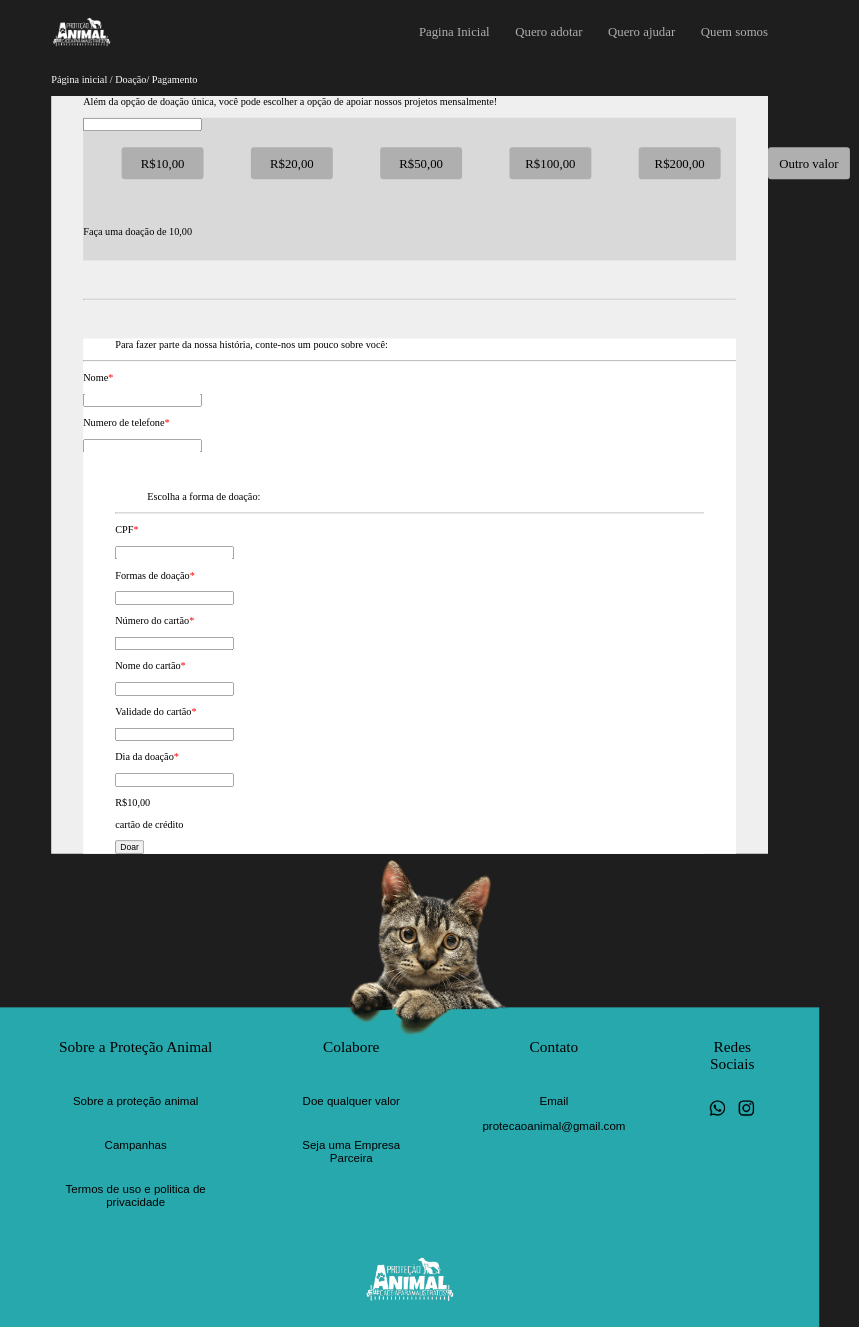
Repository: edjunior-nascimento/protecao-animal-web
Page: src/pages/formulario-doacao/index.html
These files come from the project's save history. The page is drawn as it stood at one moment and after the next save; the edit follows.
The browser window is 1280 px wide. The page is 1342 px wide, so the pictures cover 1342 px, including what lies to the right of the window. The pictures show the whole page, at 64% of full size.

Above is the page before, as saved 2025-03-07 03:24:23.

### src/pages/formulario-doacao/index.html
<!DOCTYPE html>
<html lang="pt">

<head>
    <meta charset="UTF-8">
    <meta name="viewport" content="width=device-width, initial-scale=1.0">
    <title>Proteção Animal</title>
    <link rel="preconnect" href="https://fonts.googleapis.com" />
    <link rel="preconnect" href="https://fonts.gstatic.com" crossorigin />
    <meta name="viewport" content="width=device-width, initial-scale=1.0" />
    <link rel="stylesheet" href="./style.css" />
    <link>
</head>

<body>
    <header>
        <div><img class="logo" src="/src/pages/images/logo.png" alt="logo Protecao animal" /></div>
        <nav>
            <ul>
                <li>
                    <a href="#">
                        <p>Pagina Inicial</p>
                    </a>
                </li>
                <li>
                    <a href="#">
                        <p>Quero adotar</p>
                    </a>
                </li>
                <li>
                    <a href="#">
                        <p>Quero ajudar</p>
                    </a>
                </li>
                <li>
                    <a href="#">
                        <p>Quem somos</p>
                    </a>
                </li>
            </ul>
        </nav>
    </header>
    <main>
        <div class="title">
            <p>Página inicial / Doação/ Pagamento</p>
        </div>
        <div class="container">
            <div class="sub-title">
                <p>Além da opção de doação única, você pode escolher a opção de apoiar nossos projetos mensalmente!
                </p>
            </div>
            <div class="valor">
                <div class="cota">
                    <input type="text">
                </div>
                <nav class="cota-inicial">
                    <ul>
                        <li>
                            <a href="#">R$10,00</a>
                        </li>
                        <li>
                            <a href="#">R$20,00</a>
                        </li>
                        <li>
                            <a href="#">R$50,00</a>
                        </li>
                        <li>
                            <a href="#">R$100,00</a>
                        </li>
                        <li>
                            <a href="#">R$200,00</a>
                        </li>
                        <li>
                            <a href="#">Outro valor</a>
                        </li>
                    </ul>
                </nav>
                <div class="res"><span>Faça uma doação de 10,00</span>
                </div>
            </div>
            <hr class="pri-line">
            <div class="card">
                <div class="sub-title">
                    <p>Para fazer parte da nossa história, conte-nos um pouco sobre você:</p>
                </div>
                <hr>
                <div class="dados">
                    <form action="/send" method="post" target="_blank">
                        <label class="cad">
                            <p>Nome<span class="ast">*</span></p>
                            <input type="text" name="Nome" id="Nome*">
                        </label>
                        <label>
                            <p>Numero de telefone<span class="ast">*</span></p>
                            <input type="text" name="telefone" id="telefone">
                        </label>
                    </form>
                </div>
                <div class="card">
                    <div class="sub-title">
                        <p>Escolha a forma de doação:</p>
                    </div>
                    <hr>
                    <form action="/send" method="post" target="_blank">
                        <label>
                            <p>CPF<span class="ast">*</span></p>
                            <input type="number" name="cpf" id="cpf">
                        </label>
                        <label>
                            <p>Formas de doação<span class="ast">*</span></p>
                            <input type="text" name="forme-doacao" id="forme-doacao"></p>
                        </label>
                        <label>
                            <p>Número do cartão<span class="ast">*</span></p>
                            <input type="number" name="cartao" id="cartao">
                        </label>
                        <label>
                            <p>Nome do cartão<span class="ast">*</span></p>
                            <input type="text" name="nome-cartao" id="nome-cartao">
                        </label>
                        <label>
                            <p>Validade do cartão<span class="ast">*</span></p>
                            <input type="text" name="" id="">
                        </label>
                        <label>
                            <p>Dia da doação<span class="ast">*</span></p>
                            <input type="number" name="data" id="data">
                        </label>
                    </form>
                    <div class="resultado">
                        <div class="retorno">
                            <div class="res/doacao">
                                <p>R$10,00</p>
                            </div>
                            <div class="forma/pagamento">
                                <p>cartão de crédito</p>
                            </div>
                        </div>
                        <button>Doar</button>
                    </div>
                </div>
            </div>
        </div>
    </main>
    <div class="gato"><img src="/src/pages/images/gato.png" alt=""></div>
    <footer>
        <div class="footer-container">
            <div class="footer-primary">
                <div class="footer-section-1">
                    <div>
                        <h4>Sobre a Proteção Animal</h4>
                    </div>
                    <div>
                        <p><a href="">Sobre a proteção animal</a></p>
                    </div>
                    <div>
                        <p><a href="">Campanhas</a></p>
                    </div>
                    <div>
                        <p><a href="">Termos de uso e politica de privacidade</a></p>
                    </div>
                </div>
                <div class="footer-section-2">
                    <div>
                        <h4>Colabore</h4>
                    </div>
                    <div>
                        <p><a href="">Doe qualquer valor</a></p>
                    </div>
                    <div>
                        <p><a href="">Seja uma Empresa Parceira</a></p>
                    </div>
                </div>
                <div class="footer-section-3">
                    <div>
                        <h4>Contato</h4>
                    </div>
                    <div>
                        <p>Email</p>
                        <p><a href="mailto:protecaoanimal@gmail.com">protecaoanimal@gmail.com</a></p>
                    </div>
                </div>
                <div class="footer-section-4">
                    <div>
                        <h4>Redes Sociais</h4>
                    </div>
                    <div class="social-icons">
                        <div>
                            <a href=""><img src="/src/pages/images/whatsAppIcon.png" alt="" /></a>
                        </div>
                        <div>
                            <a href=""><img src="/src/pages/images/instagramIcon.png" alt="" /></a>
                        </div>
                    </div>
                </div>
            </div>
        </div>
        <div class="footer-secondary">
            <img src="/src/pages/images/logo.png" alt="" />
        </div>
    </footer>
</body>

</html>

### src/pages/formulario-doacao/style.css
:root {
    --main-bg-color: #1e1e1e;
    --title-color: #27a8ad;
    --subtitle-color: #ffffff;
    --box-color: #ffffff;
    --link-nav-color: #ffffff;
    --card-title-color: #27a8ad;
    --footer-background: #27a8ad;
    --footer-font-color: #000000;
    --maim-color: #EFEFEF;
    --card-nav-color:#D9D9D9;
    --nav-valor:#B0AFAF;
    --asterisco-color: red;
  }
  body {
    height: max-content;
    font-family: "Jockey One", serif;
    font-style: normal;
    margin: 0px;
    padding: 0px;
    background-color: var(--main-bg-color);
  }

  a {
    text-decoration: none;
  }

  header {
    height: 100px;
    display: flex;
    flex-direction: row;
    justify-content: space-between;
    padding-inline: 80px
  }
  header div {
    display: flex;
    align-items: center;
  }
  .logo {
    height: 95px;
    width: auto;
  }
  nav {
    width: auto;
    height: 100px;
    display: flex;
    align-items: center;
  }
  nav ul {
    list-style-type: none;
    display: flex;
    gap: 40px;
  }
  nav ul li a {
    color: var(--nav-valor);
    font-size: 20px;
    background-color: var(--card-nav-color);
  }


main {
  background-color:var(--main-bg-color) ;
  padding-left: 80px;
  padding-right: 80px;
}
  .sub-title {
    margin-left: 50px;
  }
.cota-inicial a {
  color: var(--footer-font-color);
  width: 128px;
  height: 50px;
  display: inline-block;
  text-align: center;
  line-height: 50px;
  background-color: var(--nav-valor);
  margin-left: 20px;
  border-radius: 5px;
}
.cota-inicial li {
  height: 50px;
  width: 162px;
}
.cota-inicial li :hover {
  background-color: var(--footer-background);
  color: var(--box-color);
}
.res {
  margin-top: 48px;
  padding-bottom: 36px;
}
  .pri-line {
    margin-top: 60px;
    margin-left: 50px;
    margin-right: 50px;
  }
  .card {
    margin-top: 60px;
    margin-left: 50px;
    margin-right: 50px;
  }
  .ast {
    color: var(--asterisco-color);
  }
.container {
  background-color: var(--maim-color);
}
.title {
  color: var(--subtitle-color);
}
.valor {
  margin-left: 50px;
  margin-right: 50px;
  background-color: var(--card-nav-color);
}
.valor nav {
  width: 100%;
}
.card {
  background-color: var(--box-color);
}




  .gato {
    margin-left: 42%;
    margin-bottom: -25px;
    height: 265px;
    max-width: auto;}

  footer {
    height: 500px;
    max-height: auto;
    background-color: var(--footer-background);
    padding-inline: 80px;
  }

  .footer-container {
      width: auto;
      height: 70%;
      display: flex;
      align-items: center;
      justify-content: center;
  }

  .footer-primary {
    display: flex;
    flex-direction: row;
    gap: 111px;
    align-items: flex-start;
    justify-content: center;
  }

  .footer-primary p a {
      color: var(--footer-font-color);
      font-family: "Arial", sans-serif;
  }

  .footer-primary h4 {
    font-size: 24px;
    font-weight: 400;
  }

  .footer-primary p {
      font-size: 18px;
      font-weight: 400;
      font-family: "Arial", sans-serif;
  }

  .footer-secondary {
    width: auto;
    height: 30%;
    display: flex;
    align-items: center;
    justify-content: center;
  }

  .footer-secondary img {
      height: 145px;
      width: auto
  }

  .footer-section-1, .footer-section-2, .footer-section-3, .footer-section-4 {
      display: flex;
      flex-direction: column;
      text-align: center;
      gap: 12px;
  }

  .footer-section-4 {
      align-items: center;
  }

  .social-icons {
      display: flex;
      flex-direction: row;
      gap: 20px;
  }

After the next save:
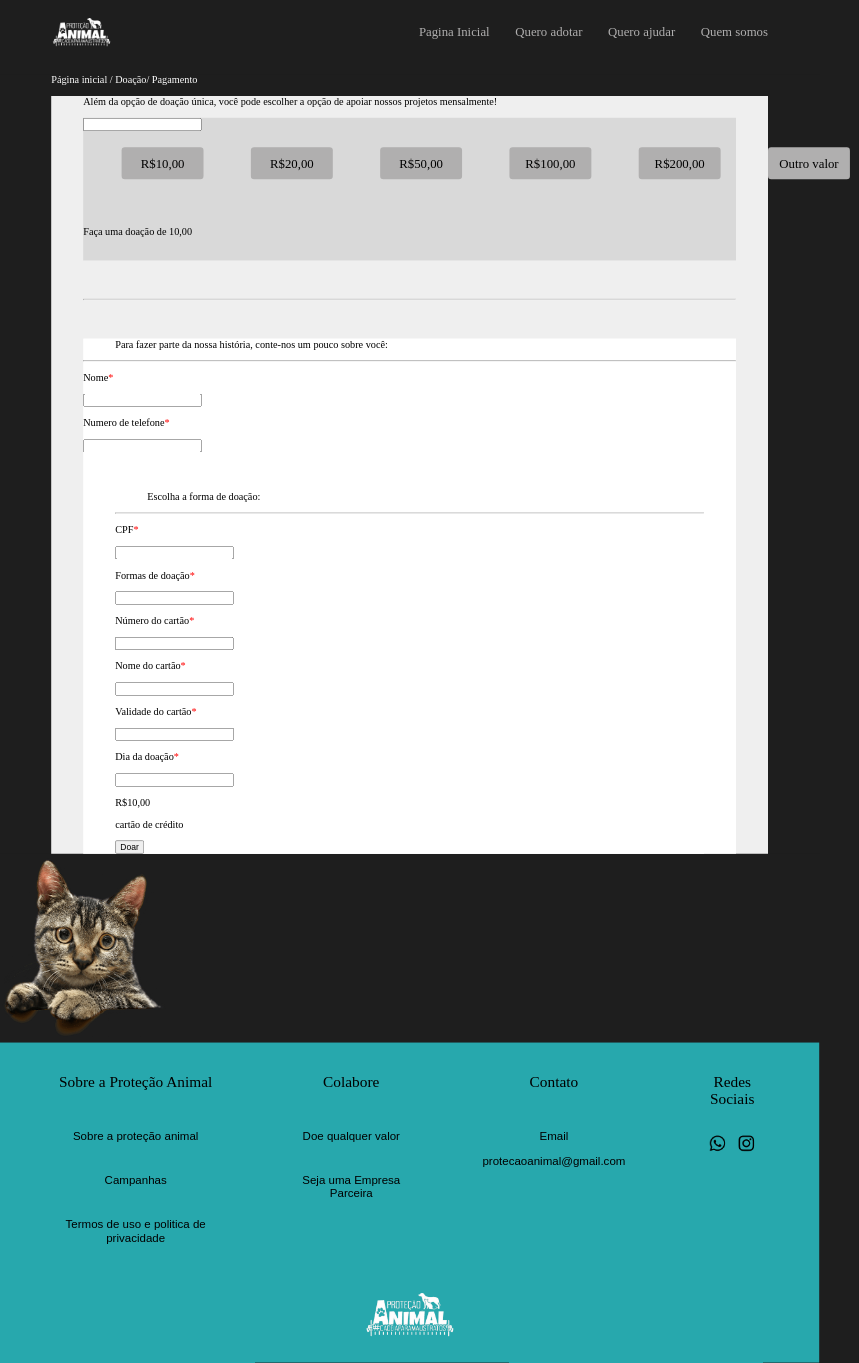
Saved 9 s later.
--- a/src/pages/formulario-doacao/style.css
+++ b/src/pages/formulario-doacao/style.css
@@ -119,7 +119,7 @@
 .card {
   background-color: var(--box-color);
 }
-
+.cad
 
 
 

After the save that followed:
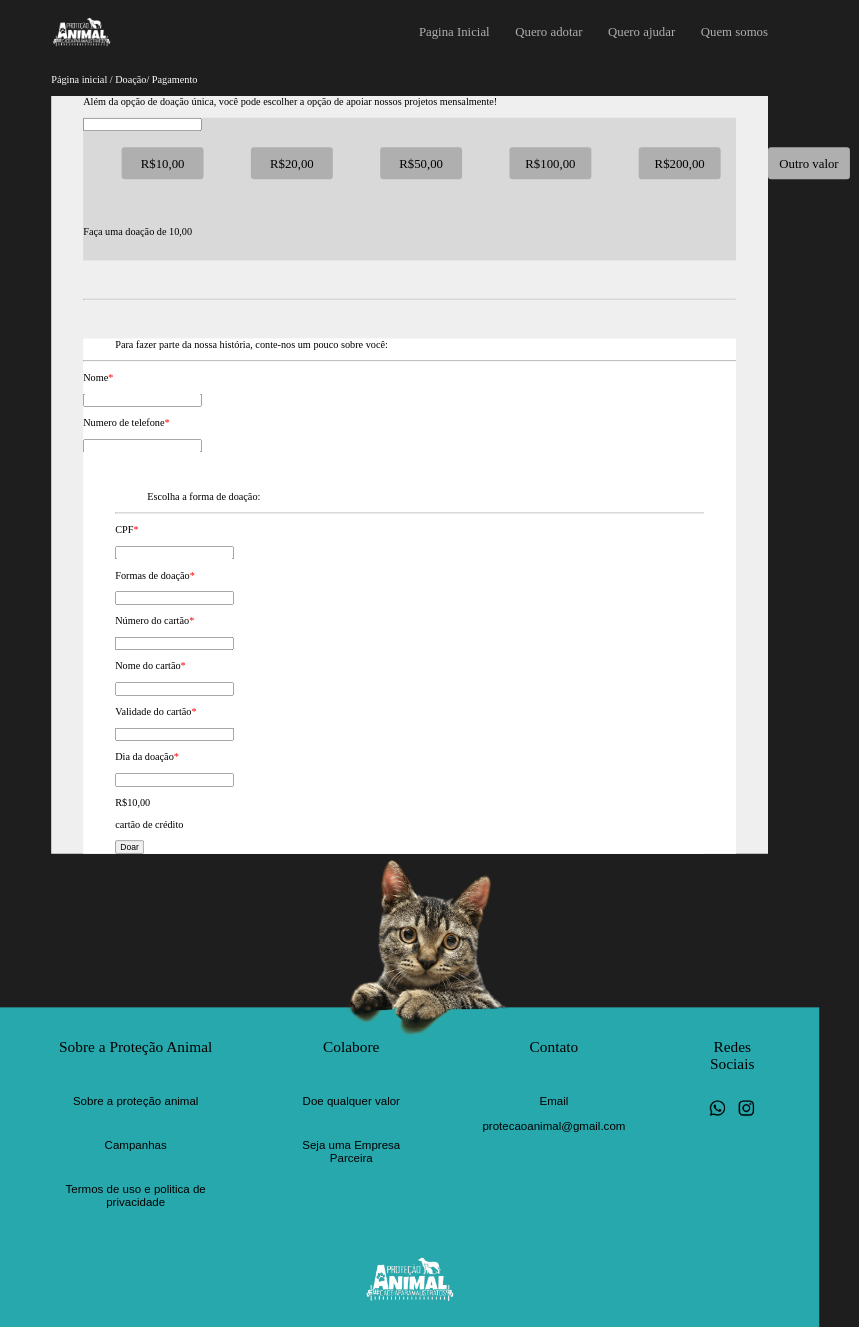
Saved 6 s later.
--- a/src/pages/formulario-doacao/style.css
+++ b/src/pages/formulario-doacao/style.css
@@ -119,7 +119,9 @@
 .card {
   background-color: var(--box-color);
 }
-.cad
+.cad {
+  mar
+}
 
 
 
